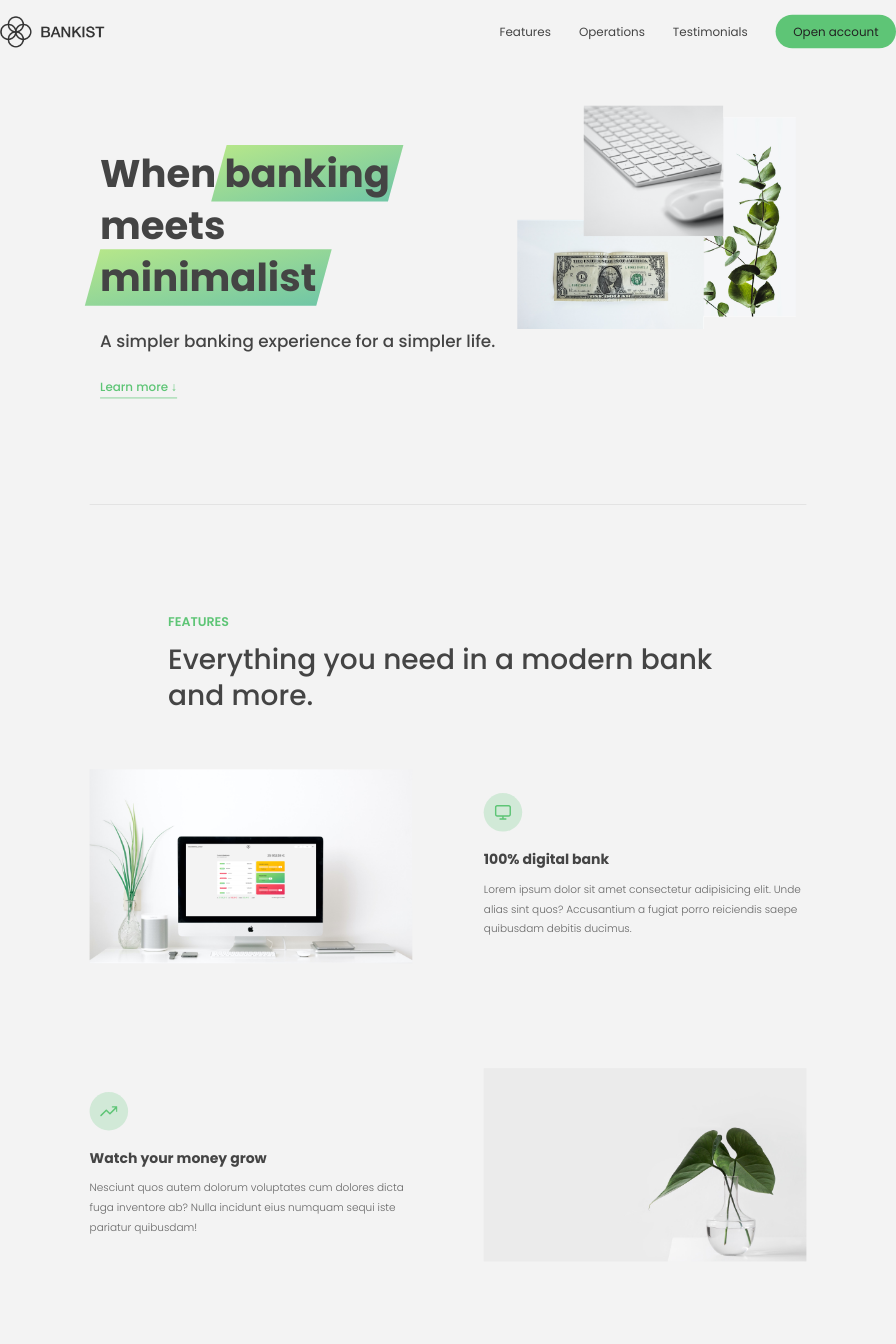
Repository: nptg3105/Bankist
Page: index.html
These files come from the project's save history. The page is drawn as it stood at one moment and after the next save; the edit follows.
The browser window is 1280 px wide. The pictures show the part of the page from y = 0 to 1920 px (the page is 5090 px tall), at 70% of full size.
Some web libraries are served in a nearby version.

Above is the page before, as saved 2022-06-02 15:46:27.

### index.html
<!DOCTYPE html>
<html lang="en">
  <head>
    <meta charset="UTF-8" />
    <meta name="viewport" content="width=device-width, initial-scale=1.0" />
    <meta http-equiv="X-UA-Compatible" content="ie=edge" />
    <link rel="shortcut icon" type="image/png" href="images/icon.png" />

    <link
      href="https://fonts.googleapis.com/css?family=Poppins:300,400,500,600&display=swap"
      rel="stylesheet"
    />
    <link
      rel="stylesheet"
      href="https://cdnjs.cloudflare.com/ajax/libs/font-awesome/6.1.1/css/all.min.css"
      integrity="sha512-KfkfwYDsLkIlwQp6LFnl8zNdLGxu9YAA1QvwINks4PhcElQSvqcyVLLD9aMhXd13uQjoXtEKNosOWaZqXgel0g=="
      crossorigin="anonymous"
      referrerpolicy="no-referrer"
    />
    <link rel="stylesheet" href="dist/index.css" />
    <title>Bankist | When Banking meets Minimalist</title>
  </head>
  <body>
    <header class="header">
      <nav class="nav">
        <img
          src="images/logo.png"
          alt="Bankist logo"
          class="nav__logo"
          id="logo"
        />
        <ul class="nav__links">
          <li class="nav__item">
            <a class="nav__link" href="#section--1">Features</a>
          </li>
          <li class="nav__item">
            <a class="nav__link" href="#section--2">Operations</a>
          </li>
          <li class="nav__item">
            <a class="nav__link" href="#section--3">Testimonials</a>
          </li>
          <li class="nav__item">
            <a class="nav__link nav__link--btn btn--show-modal" href="#"
              >Open account</a
            >
          </li>
        </ul>
      </nav>

      <div class="header__title container">
        <h1>
          When
          <!-- Green highlight effect -->
          <span class="highlight">banking</span>
          meets<br />
          <span class="highlight">minimalist</span>
        </h1>
        <h4>A simpler banking experience for a simpler life.</h4>
        <button class="btn--text btn--scroll-to">Learn more &DownArrow;</button>
        <img
          src="images/hero.png"
          class="header__img"
          alt="Minimalist bank items"
        />
      </div>
    </header>

    <section class="section container" id="section--1">
      <div class="section__title">
        <h2 class="section__description">Features</h2>
        <h3 class="section__header">
          Everything you need in a modern bank and more.
        </h3>
      </div>

      <div class="features">
        <div class="features__item">
          <img
            src="images/digital-lazy.jpg"
            data-src="images/digital.jpg"
            alt="Computer"
            class="features__img lazy-img"
          />
          <div class="features__feature">
            <div class="features__icon">
              <svg>
                <use xlink:href="images/icons.svg#icon-monitor"></use>
              </svg>
            </div>
            <h5 class="features__header">100% digital bank</h5>
            <p>
              Lorem ipsum dolor sit amet consectetur adipisicing elit. Unde
              alias sint quos? Accusantium a fugiat porro reiciendis saepe
              quibusdam debitis ducimus.
            </p>
          </div>
        </div>

        <div class="features__item features__item--reverse">
          <img
            src="images/grow-lazy.jpg"
            data-src="images/grow.jpg"
            alt="Plant"
            class="features__img lazy-img"
          />
          <div class="features__feature">
            <div class="features__icon">
              <svg>
                <use xlink:href="images/icons.svg#icon-trending-up"></use>
              </svg>
            </div>
            <h5 class="features__header">Watch your money grow</h5>
            <p>
              Nesciunt quos autem dolorum voluptates cum dolores dicta fuga
              inventore ab? Nulla incidunt eius numquam sequi iste pariatur
              quibusdam!
            </p>
          </div>
        </div>

        <div class="features__item">
          <img
            src="images/card-lazy.jpg"
            data-src="images/card.jpg"
            alt="Credit card"
            class="features__img lazy-img"
          />
          <div class="features__feature">
            <div class="features__icon">
              <svg>
                <use xlink:href="images/icons.svg#icon-credit-card"></use>
              </svg>
            </div>
            <h5 class="features__header">Free debit card included</h5>
            <p>
              Quasi, fugit in cumque cupiditate reprehenderit debitis animi enim
              eveniet consequatur odit quam quos possimus assumenda dicta fuga
              inventore ab.
            </p>
          </div>
        </div>
      </div>
    </section>

    <section class="section container" id="section--2">
      <div class="section__title">
        <h2 class="section__description">Operations</h2>
        <h3 class="section__header">
          Everything as simple as possible, but no simpler.
        </h3>
      </div>

      <div class="operations">
        <div class="operations__tab-container">
          <button
            class="btn operations__tab operations__tab--1 operations__tab--active"
            data-tab="1"
          >
            <span>01</span>Instant Transfers
          </button>
          <button class="btn operations__tab operations__tab--2" data-tab="2">
            <span>02</span>Instant Loans
          </button>
          <button class="btn operations__tab operations__tab--3" data-tab="3">
            <span>03</span>Instant Closing
          </button>
        </div>
        <div
          class="operations__content operations__content--1 operations__content--active"
        >
          <div class="operations__icon operations__icon--1">
            <svg>
              <use xlink:href="images/icons.svg#icon-upload"></use>
            </svg>
          </div>
          <h5 class="operations__header">
            Tranfser money to anyone, instantly! No fees, no BS.
          </h5>
          <p>
            Lorem ipsum dolor sit amet, consectetur adipisicing elit, sed do
            eiusmod tempor incididunt ut labore et dolore magna aliqua. Ut enim
            ad minim veniam, quis nostrud exercitation ullamco laboris nisi ut
            aliquip ex ea commodo consequat.
          </p>
        </div>

        <div class="operations__content operations__content--2">
          <div class="operations__icon operations__icon--2">
            <svg>
              <use xlink:href="images/icons.svg#icon-home"></use>
            </svg>
          </div>
          <h5 class="operations__header">
            Buy a home or make your dreams come true, with instant loans.
          </h5>
          <p>
            Duis aute irure dolor in reprehenderit in voluptate velit esse
            cillum dolore eu fugiat nulla pariatur. Excepteur sint occaecat
            cupidatat non proident, sunt in culpa qui officia deserunt mollit
            anim id est laborum.
          </p>
        </div>
        <div class="operations__content operations__content--3">
          <div class="operations__icon operations__icon--3">
            <svg>
              <use xlink:href="images/icons.svg#icon-user-x"></use>
            </svg>
          </div>
          <h5 class="operations__header">
            No longer need your account? No problem! Close it instantly.
          </h5>
          <p>
            Excepteur sint occaecat cupidatat non proident, sunt in culpa qui
            officia deserunt mollit anim id est laborum. Ut enim ad minim
            veniam, quis nostrud exercitation ullamco laboris nisi ut aliquip ex
            ea commodo consequat.
          </p>
        </div>
      </div>
    </section>

    <section class="section container" id="section--3">
      <div class="section__title section__title--testimonials">
        <h2 class="section__description">Not sure yet?</h2>
        <h3 class="section__header">
          Millions of Bankists are already making their lifes simpler.
        </h3>
      </div>

      <div class="slider">
        <div class="slide slide--1">
          <div class="testimonial">
            <h5 class="testimonial__header">Best financial decision ever!</h5>
            <blockquote class="testimonial__text">
              Lorem ipsum dolor sit, amet consectetur adipisicing elit.
              Accusantium quas quisquam non? Quas voluptate nulla minima
              deleniti optio ullam nesciunt, numquam corporis et asperiores
              laboriosam sunt, praesentium suscipit blanditiis. Necessitatibus
              id alias reiciendis, perferendis facere pariatur dolore veniam
              autem esse non voluptatem saepe provident nihil molestiae.
            </blockquote>
            <address class="testimonial__author">
              <img src="images/user-1.jpg" alt="" class="testimonial__photo" />
              <h6 class="testimonial__name">Aarav Lynn</h6>
              <p class="testimonial__location">San Francisco, USA</p>
            </address>
          </div>
        </div>

        <div class="slide slide--2">
          <div class="testimonial">
            <h5 class="testimonial__header">
              The last step to becoming a complete minimalist
            </h5>
            <blockquote class="testimonial__text">
              Quisquam itaque deserunt ullam, quia ea repellendus provident,
              ducimus neque ipsam modi voluptatibus doloremque, corrupti
              laborum. Incidunt numquam perferendis veritatis neque repellendus.
              Lorem, ipsum dolor sit amet consectetur adipisicing elit. Illo
              deserunt exercitationem deleniti.
            </blockquote>
            <address class="testimonial__author">
              <img src="images/user-2.jpg" alt="" class="testimonial__photo" />
              <h6 class="testimonial__name">Miyah Miles</h6>
              <p class="testimonial__location">London, UK</p>
            </address>
          </div>
        </div>

        <div class="slide slide--3">
          <div class="testimonial">
            <h5 class="testimonial__header">
              Finally free from old-school banks
            </h5>
            <blockquote class="testimonial__text">
              Debitis, nihil sit minus suscipit magni aperiam vel tenetur
              incidunt commodi architecto numquam omnis nulla autem,
              necessitatibus blanditiis modi similique quidem. Odio aliquam
              culpa dicta beatae quod maiores ipsa minus consequatur error sunt,
              deleniti saepe aliquid quos inventore sequi. Necessitatibus id
              alias reiciendis, perferendis facere.
            </blockquote>
            <address class="testimonial__author">
              <img src="images/user-3.jpg" alt="" class="testimonial__photo" />
              <h6 class="testimonial__name">Francisco Gomes</h6>
              <p class="testimonial__location">Lisbon, Portugal</p>
            </address>
          </div>
        </div>

        <!-- <div class="slide"><img src="images/img-1.jpg" alt="Photo 1" /></div>
        <div class="slide"><img src="images/img-2.jpg" alt="Photo 2" /></div>
        <div class="slide"><img src="images/img-3.jpg" alt="Photo 3" /></div>
        <div class="slide"><img src="images/img-4.jpg" alt="Photo 4" /></div> -->
        <button class="slider__btn slider__btn--left">&larr;</button>
        <button class="slider__btn slider__btn--right">&rarr;</button>
        <div class="dots"></div>
      </div>
    </section>

    <section class="section section--sign-up">
      <div class="section__title">
        <h3 class="section__header">
          The best day to join Bankist was one year ago. The second best is
          today!
        </h3>
      </div>
      <button class="btn btn--show-modal">Open your free account today!</button>
    </section>

    <footer class="footer">
      <ul class="footer__nav">
        <li class="footer__item">
          <a class="footer__link" href="#">About</a>
        </li>
        <li class="footer__item">
          <a class="footer__link" href="#">Pricing</a>
        </li>
        <li class="footer__item">
          <a class="footer__link" href="#">Terms of Use</a>
        </li>
        <li class="footer__item">
          <a class="footer__link" href="#">Privacy Policy</a>
        </li>
        <li class="footer__item">
          <a class="footer__link" href="#">Careers</a>
        </li>
        <li class="footer__item">
          <a class="footer__link" href="#">Blog</a>
        </li>
        <li class="footer__item">
          <a class="footer__link" href="#">Contact Us</a>
        </li>
      </ul>
      <img src="images/icon.png" alt="Logo" class="footer__logo" />
      <p class="footer__copyright">
        &copy; Copyright by
        <a
          class="footer__link twitter-link"
          target="_blank"
          href="https://twitter.com/jonasschmedtman"
          >Jonas Schmedtmann</a
        >. Use for learning or your portfolio. Don't use to teach. Don't claim
        as your own product.
      </p>
    </footer>

    <div class="modal hidden">
      <button class="btn--close-modal">&times;</button>
      <h2 class="modal__header">
        Open your bank account <br />
        in just <span class="highlight">5 minutes</span>
      </h2>
      <form class="modal__form">
        <label>First Name</label>
        <input type="text" />
        <label>Last Name</label>
        <input type="text" />
        <label>Email Address</label>
        <input type="email" />
        <button class="btn">Next step &rarr;</button>
      </form>
    </div>
    <div class="overlay hidden"></div>

    <script src="./src/js/script.js"></script>
  </body>
</html>

### src/js/script.js
"use strict";

///////////////////////////////////////
// Modal window

const modal = document.querySelector(".modal");
const overlay = document.querySelector(".overlay");
const btnCloseModal = document.querySelector(".btn--close-modal");
const btnsOpenModal = document.querySelectorAll(".btn--show-modal");

const btnScroll = document.querySelector(".btn--scroll-to");
const section1 = document.querySelector("#section--1");

const tabs = document.querySelectorAll(".operations__tab");
const tabsContainer = document.querySelector(".operations__tab-container");
const tabsContent = document.querySelectorAll(".operations__content");

const nav = document.querySelector(".nav");

const openModal = function (e) {
  e.preventDefault();
  modal.classList.remove("hidden");
  overlay.classList.remove("hidden");
};

const closeModal = function () {
  modal.classList.add("hidden");
  overlay.classList.add("hidden");
};

btnsOpenModal.forEach((btn) => {
  btn.addEventListener("click", openModal);
});

btnCloseModal.addEventListener("click", closeModal);
overlay.addEventListener("click", closeModal);

document.addEventListener("keydown", function (e) {
  if (e.key === "Escape" && !modal.classList.contains("hidden")) {
    closeModal();
  }
});

//Scroll Smooth
btnScroll.addEventListener("click", function () {
  section1.scrollIntoView({ behavior: "smooth" });
});

document.querySelector(".nav__links").addEventListener("click", (e) => {
  e.preventDefault();
  if (e.target.classList.contains("nav__link")) {
    const id = e.target.getAttribute("href");
    document.querySelector(id).scrollIntoView({ behavior: "smooth" });
  }
});

//Tabbed Component
tabsContainer.addEventListener("click", function (e) {
  const clicked = e.target.closest(".operations__tab");
  // console.log(clicked);

  //Remove classes
  tabs.forEach((tab) => {
    tab.classList.remove("operations__tab--active");
  });
  tabsContent.forEach((content) => {
    content.classList.remove("operations__content--active");
  });

  if (!clicked) return;

  //Active class
  clicked.classList.add("operations__tab--active");

  //Active content area
  document
    .querySelector(`.operations__content--${clicked.dataset.tab}`)
    .classList.add("operations__content--active");
});

//Faded nav
function handleHover(e) {
  if (e.target.classList.contains("nav__link")) {
    const link = e.target;
    const siblings = link.closest(".nav__links").querySelectorAll(".nav__link");

    siblings.forEach((element) => {
      if (element !== link) element.style.opacity = this;
    });
  }
}

nav.addEventListener("mouseover", handleHover.bind(0.5));
nav.addEventListener("mouseout", handleHover.bind(1));

//Sticky Nav
const initialCoords = section1.getBoundingClientRect();
const navHeight = nav.getBoundingClientRect().height;
// console.log(navHeight);

window.addEventListener("scroll", function () {
  if (window.scrollY > initialCoords.top - navHeight) {
    nav.classList.add("sticky");
  }
  if (window.scrollY < initialCoords.top) {
    nav.classList.remove("sticky");
  }
});

//Reveal Section
const allSection = document.querySelectorAll(".section");

function revealSection(entries, observer) {
  const [entry] = entries;
  // console.log(entry);
  if (!entry.isIntersecting) return;
  entry.target.classList.remove("section--hidden");
  observer.unobserve(entry.target);
}

const sectionObserver = new IntersectionObserver(revealSection, {
  root: null,
  threshold: 0.15,
});

allSection.forEach((section) => {
  sectionObserver.observe(section);
  section.classList.add("section--hidden");
});

//Lazy-load image
const imgTargets = document.querySelectorAll("img[data-src]");

function loadImg(entries, observer) {
  const [entry] = entries;
  // console.log(entry);

  if (!entry.isIntersecting) return;

  //Replace src with data-src
  entry.target.src = entry.target.dataset.src;

  entry.target.addEventListener("load", () => {
    entry.target.classList.remove("lazy-img");
  });

  observer.unobserve(entry.target);
}

const imgObserver = new IntersectionObserver(loadImg, {
  root: null,
  threshold: 0,
  rootMargin: "-200px",
});

imgTargets.forEach((img) => imgObserver.observe(img));

//Slider
function slider() {
  const slides = document.querySelectorAll(".slide");
  const btnNext = document.querySelector(".slider__btn--right");
  const btnPrev = document.querySelector(".slider__btn--left");
  const dotContainer = document.querySelector(".dots");

  let curSlide = 0;
  const maxSlide = slides.length;

  //Function
  function createDot() {
    slides.forEach((_, i) => {
      dotContainer.insertAdjacentHTML(
        "beforeend",
        `<button class="dots__dot" data-slide=${i}></button>`
      );
    });
  }

  function activeDot(slide) {
    document
      .querySelectorAll(".dots__dot")
      .forEach((dot) => dot.classList.remove("dots__dot--active"));

    document
      .querySelector(`.dots__dot[data-slide="${slide}"]`)
      .classList.add("dots__dot--active");
  }

  function goToSlide(slide) {
    slides.forEach((s, i) => {
      s.style.transform = `translateX(${100 * (i - slide)}%)`;
    });
  }

  function init() {
    goToSlide(0);
    createDot();
    activeDot(0);
  }
  init();

  //Next Slide
  function nextSlide() {
    if (curSlide === maxSlide - 1) {
      curSlide = 0;
    } else {
      curSlide++;
    }

    goToSlide(curSlide);
    activeDot(curSlide);
  }

  //PrevSlide
  function prevSlide() {
    if (curSlide === 0) {
      curSlide = maxSlide - 1;
    } else {
      curSlide--;
    }
    goToSlide(curSlide);
    activeDot(curSlide);
  }

  btnNext.addEventListener("click", nextSlide);
  btnPrev.addEventListener("click", prevSlide);

  document.addEventListener("keydown", function (e) {
    if (e.key === "ArrowLeft") prevSlide();
    e.key === "ArrowRight" && nextSlide();
  });

  dotContainer.addEventListener("click", function (e) {
    if (e.target.classList.contains("dots__dot")) {
      const slide = e.target.dataset.slide;
      goToSlide(slide);
      activeDot(slide);
    }
  });
}

slider();

Loaded but not shown: dist/index.css (library)

After the next save:
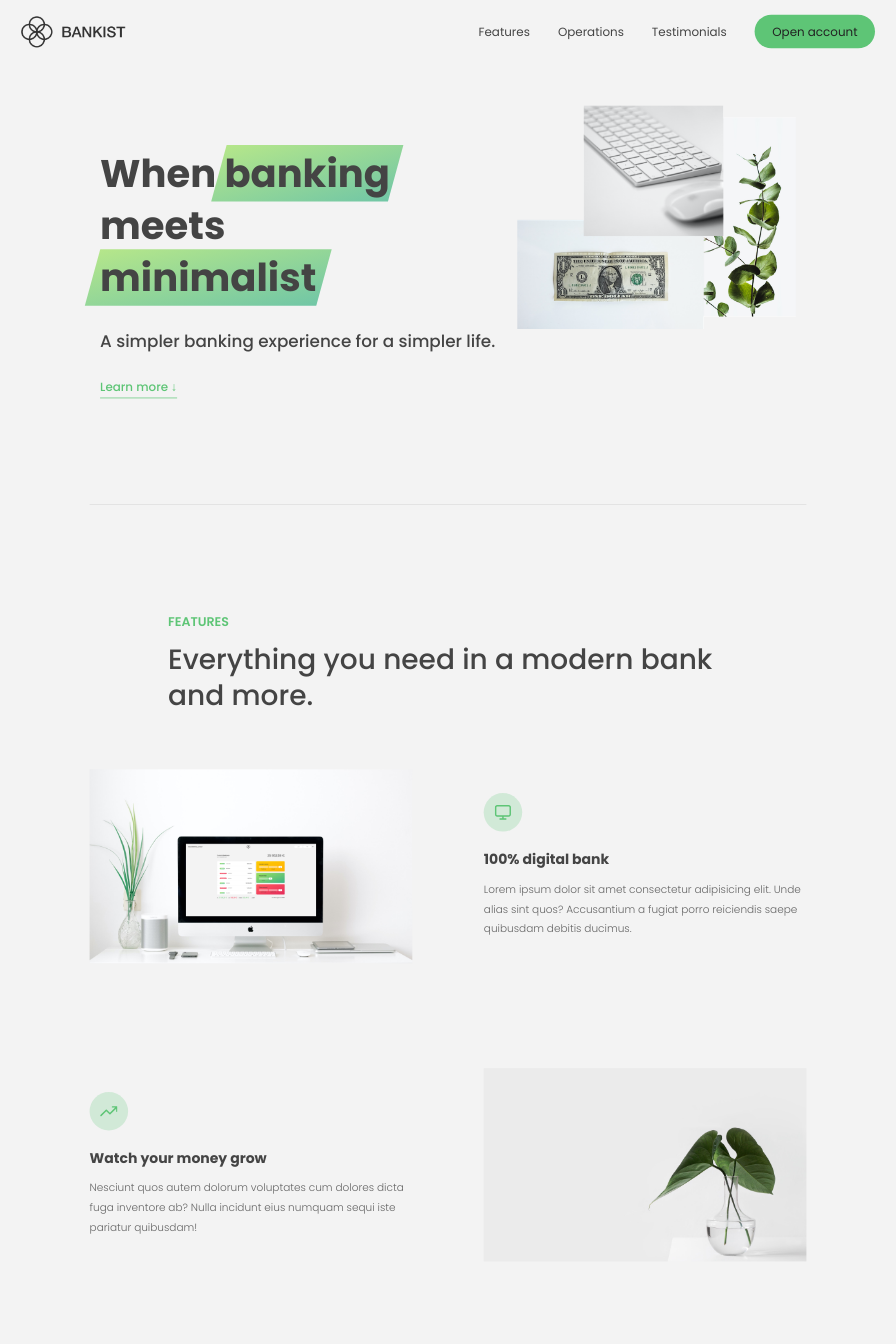
Saved 4 min 53 s later.
--- a/index.html
+++ b/index.html
@@ -22,7 +22,7 @@
   </head>
   <body>
     <header class="header">
-      <nav class="nav">
+      <nav class="nav container-fluid">
         <img
           src="images/logo.png"
           alt="Bankist logo"
